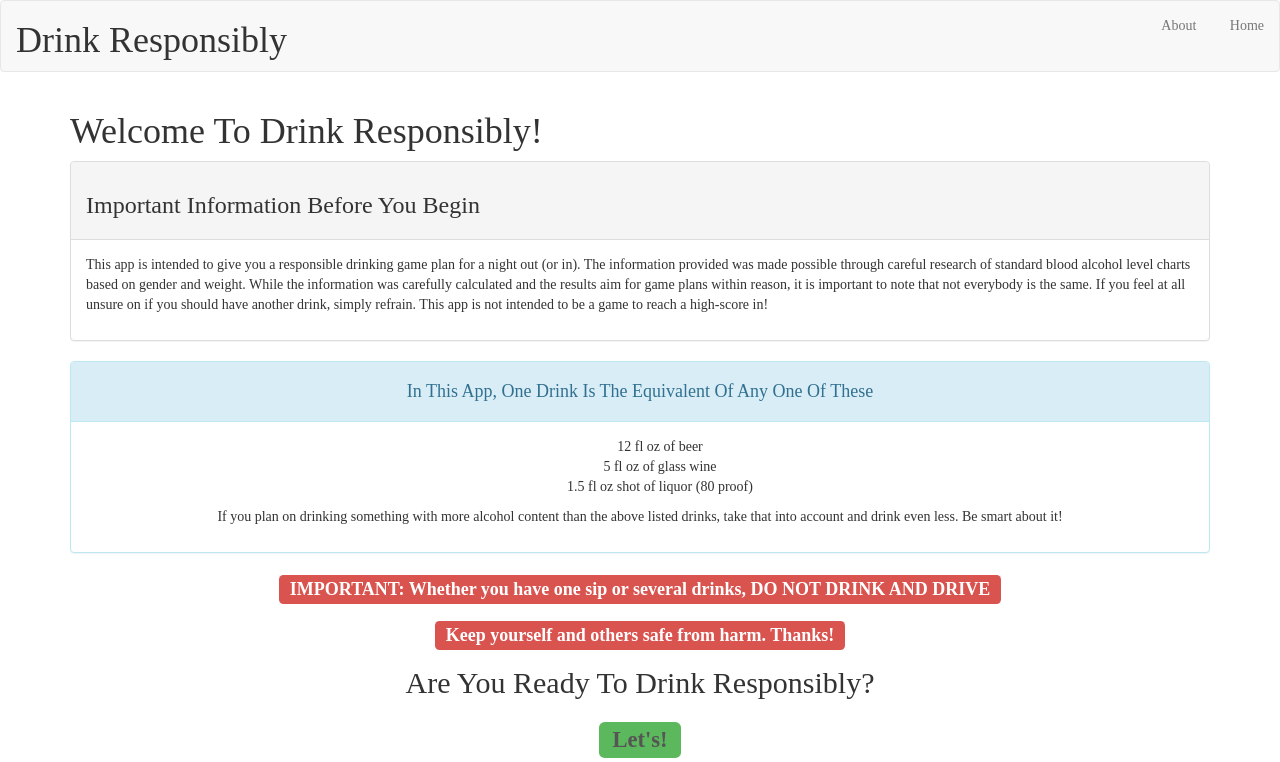
Repository: NatNat180/DrinkResponsibly
Page: http://localhost/DrinkResponsibly/
An editor plug-in stored every save of this project. The page is shown before and after the next save, followed by the edit.
The browser window is 1280 px wide. The pictures show the whole page.
Some web fonts or font styles are not loaded; a fallback is used. The page is served by Tomcat 9.

Above is the page before, as saved 2016-04-07 16:54:49.

After the next save:
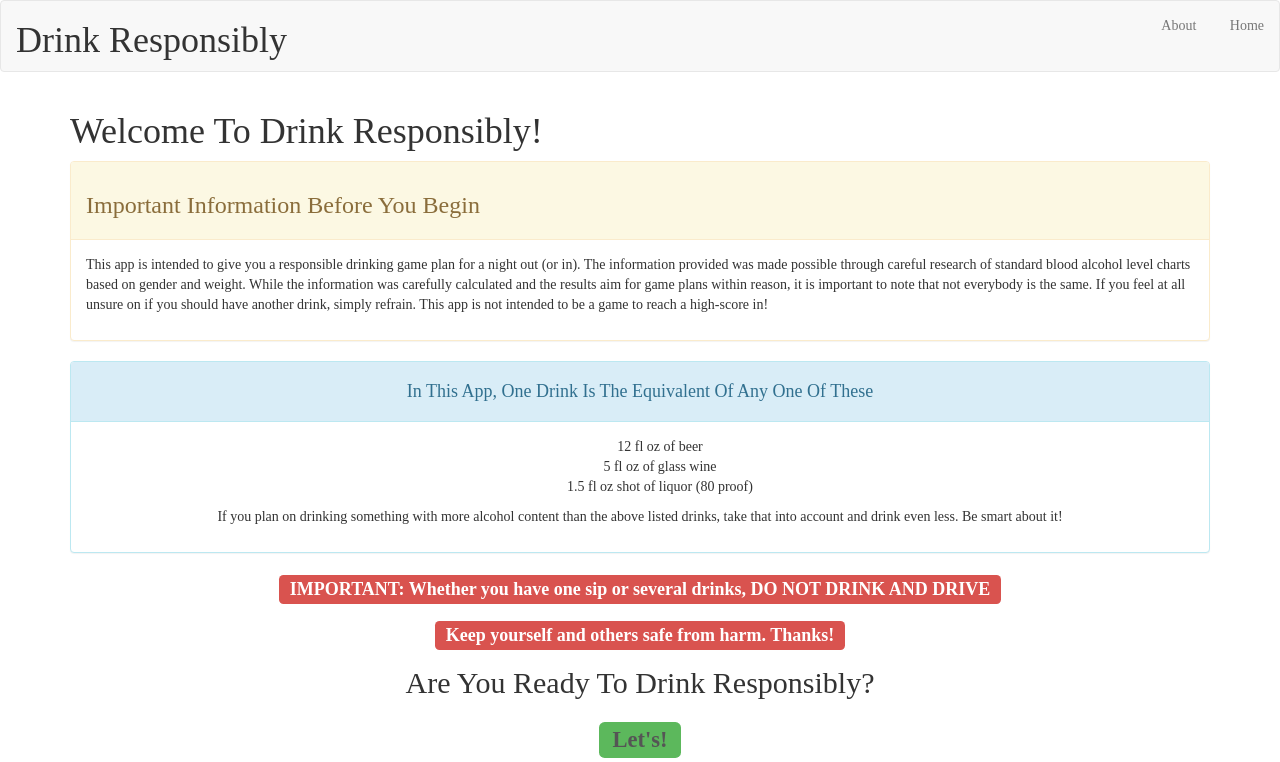
Saved 3 h 35 min later.
--- a/DrinkResponsibly/WebContent/WEB-INF/about.jsp
+++ b/DrinkResponsibly/WebContent/WEB-INF/about.jsp
@@ -15,7 +15,7 @@
 
 <h1>Welcome To Drink Responsibly!</h1>
 
-<div class="panel panel-default">
+<div class="panel panel-warning">
 <div class="panel-heading">
 <h3>Important Information Before You Begin</h3>
 </div>
